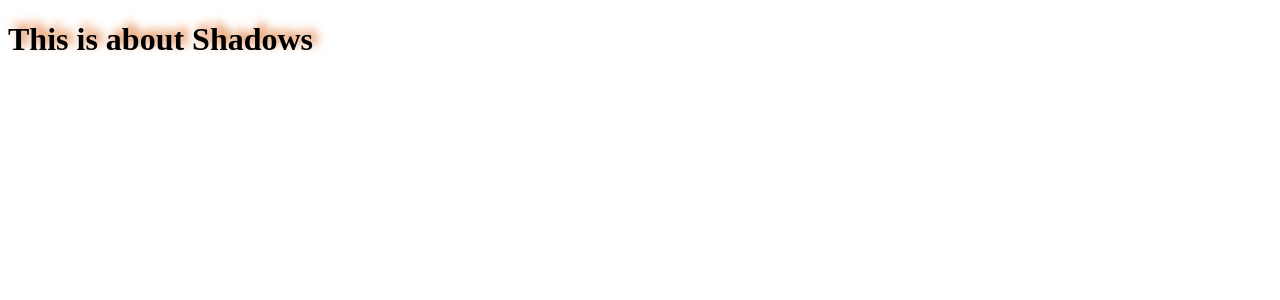
Repository: nottonofclay/csi_waymo
Page: shadows/shadows.html
These files come from the project's save history. The page is drawn as it stood at one moment and after a run of saves; the edit follows.
The browser window is 1280 px wide. The pictures show the whole page.

Above is the page before, as saved 2023-07-06 12:02:53.

After the next 2 saves:
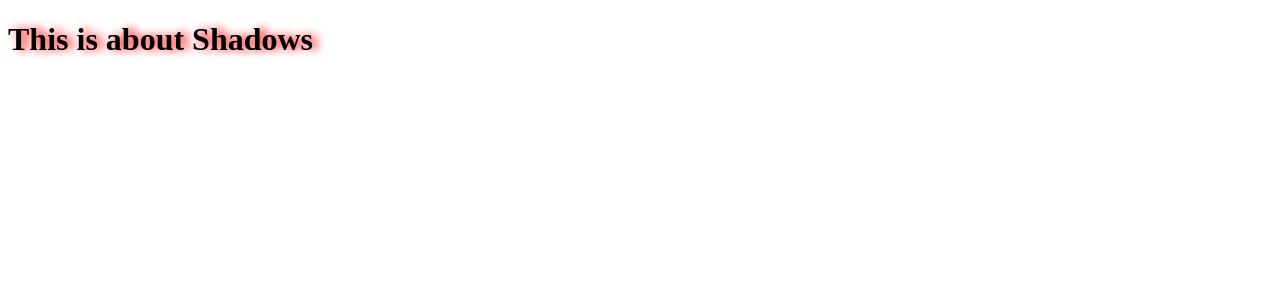
The 2 saves are shown as one change because they came seconds apart.
The last was saved 33 s later.
--- a/shadows/shadows.css
+++ b/shadows/shadows.css
@@ -1,4 +1,4 @@
 /* x-axis || y-axis || spread*/
 h1 {
-    text-shadow: 5px -5px 10px #dd6b20;
+    text-shadow: 5px 0px 10px red;
 }
